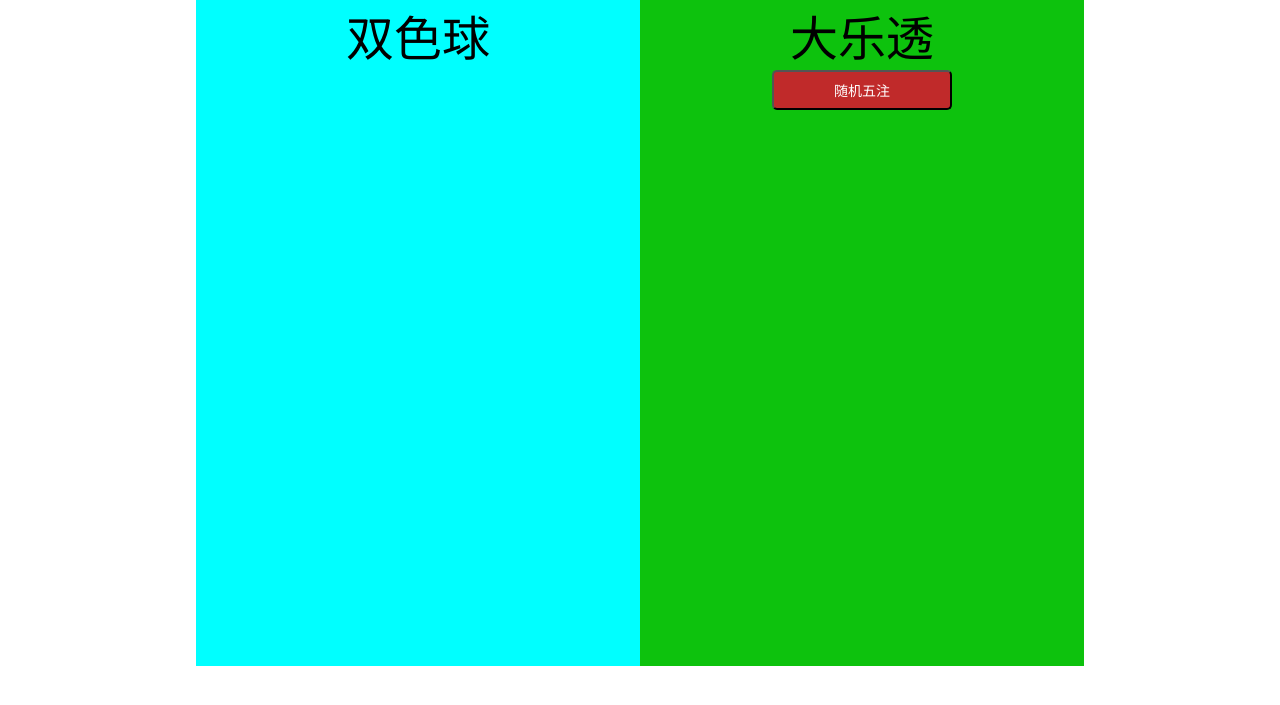
Repository: yz1181214391/caipiao-demo
Page: Cp.html
The author's editor kept a copy of each file at every save. The page is drawn from the files as they stood at one save, then again after the next save.
The browser window is 1280 px wide. The pictures show the whole page.

Above is the page before, as saved 2020-12-14 10:47:00.

### Cp.html
<!DOCTYPE html>
<html lang="en">
<head>
    <meta charset="UTF-8">
    <meta name="viewport" content="width=device-width, initial-scale=1.0">
    <title>彩票</title>
</head>
<style type="text/css">
    html,body {margin: 0;padding: 0;height: 100%;width: 100%;}
    a {text-decoration: none;}
    body,div,dl,dt,dd,ul,ol,li,h1,h2,h3,h4,h5,h6,pre,form,fieldset,input,textarea,p,blockquote,th,td {margin: 0;padding: 0;}
    table {border-collapse: collapse;border-spacing: 0;}
    fieldset,img {border: 0;}
    address,caption,cite,code,dfn,em,strong,th,var {font-style: normal;font-weight: normal;}
    ol,ul {list-style: none;}
    caption,th {text-align: left;}
    h1,h2,h3,h4,h5,h6 {font-size: 100%;font-weight: normal;}
    q:before,q:after {content: '';}
    abbr,acronym {border: 0;}
    body{
        font-family: "Chinese Quote", -apple-system, BlinkMacSystemFont, "Segoe UI", "PingFang SC", "Hiragino Sans GB", "Microsoft YaHei", "Helvetica Neue", Helvetica, Arial, sans-serif, "Apple Color Emoji", "Segoe UI Emoji", "Segoe UI Symbol";
    }

    .box{
        margin: 0 auto;
        width: 888px;
        height: 666px;
        display: flex;
        flex-direction: row;
    }
    .cp-flex{
        display: flex;
        flex-direction: column;
        align-items: center;
    }
    .cp-font{
        font-size: 48px;
        font-family: "Times New Roman", Times, serif;
    }
    .ssq-box{
        width: 100%;
        background-color: aqua;
    }
    .dlt-box{
        width: 100%;
        background-color: rgb(13, 194, 13);
    }

    /* .content {
       padding-top: 100px;  height: 70%;

        text-align: center;
    }
    .context {
        margin: 20px 0;
    } */
    .context span {
        display: inline-block;
        width: 30px;
        height: 30px;
        line-height: 30px;
        font-size: 14px;
        border-radius: 50%;
        color: #fff;
        background: rgba(192, 42, 42, 1);
        margin-right: 15px;
    }
    .context span:nth-child(5) {
        margin-right: 30px;
    }
    .context span:nth-child(7) {
        margin-right: 0;
    }
    .context span:nth-child(6),.context span:nth-child(7) {
        background: rgba(47, 40, 153, 1);
    }
    .button {
        width: 100%;
    }
    .button input {
        width: 180px;
        height: 40px;
        line-height: 40px;
        display: block;
        margin: 0 auto;
        background: rgba(192, 42, 42, 1);
        color: #fff;
        font: normal 400 14px '微软雅黑';
        border-radius: 5px;
        outline: none;
    }
</style>
<body>
    <div class="box">
        <div class="ssq-box cp-flex">
            <h1 class="cp-font">双色球</h1>
        </div>
        <div class="dlt-box cp-flex">
            <h3 class="cp-font">大乐透</h3>
            <div class="content"></div>
            <div class="button">
                <input type="button" value="随机五注" onclick="fiveNumStr()">
            </div>
        </div>
    </div>
</body>
<script>
    // 定义 randomNumber方法, 随机输出数组
    function randomNumber(num) {
      // 定义 strArr方法, 生成数组
      function strArr(num) {
          var numberAarry = []
          for (var i = 0; i < num; i++) {
              numberAarry[i] = i + 1
          }
          return numberAarry
      }
      // 获得数组
      var numberAarry = strArr(num)
      // 将数组元素随机排序
      numberAarry.sort(function () {
          return 0.5 - Math.random()
      })
      // 小于10，前面加0
      for (var i = 0; i < numberAarry.length; i++) {
          if (numberAarry[i] < 10) {
              numberAarry[i] = '0' + numberAarry[i]
          } else {
              numberAarry[i] = String(numberAarry[i])
          }
      }
      return numberAarry
  }

    // 用 fiveIsClick 限制用户频繁点击按钮
    var fiveIsClick = true
  function fiveNumStr() {
      if (fiveIsClick) {
          // 设为false, 不可再次点击
          fiveIsClick = false
          var content = document.getElementsByClassName('content')[0]
          var innerText = content.getElementsByClassName('context')
          var ulNode = content.getElementsByTagName('ul')[0]
          // 先删除已创建的ul及其字节点, 再新增
          // 为什么要删除再添加节点呢, 是因为不增删节点只改变数字虽然渲染更快, 但是区别太小, 失去了动态效果
          // 当然, 如果你不需要删除再添加节点也行, 以下代码稍改动一下就好了
          if (ulNode) {
              content.removeChild(ulNode)
          }
          var ul = document.createElement('ul')
          // 用ul节点长度判断是否存在ul
          var ulLength = content.getElementsByTagName('ul').length
          var index = 0
          // 计时器，每隔0.5秒新增一组
          var interval = setInterval(function() {
              index ++
              if (ulLength < 1) {
                  var li = document.createElement('li')
                  li.setAttribute('class','context')
                  ul.appendChild(li)
                  content.appendChild(ul)
                  // 遍历li节点
                  var context = document.getElementsByClassName('context')[index - 1]
                  // 得到顺序被打乱的前区35个数字数组
                  var randomLeft = randomNumber(35)
                  // 大乐透前区数组
                  var leftNum = [randomLeft[0], randomLeft[1], randomLeft[2], randomLeft[3], randomLeft[4]]
                  // 从小到大排序
                  leftNum.sort(function (a, b) {
                      return a - b
                  })
                  // 得到顺序被打乱的后区12个数字数组
                  var randomRight = randomNumber(12)
                  // 大乐透后区数组
                  var rightNum = [randomRight[0], randomRight[1]]
                  rightNum.sort(function (a, b) {
                      return a - b // 从小到大排序
                  })
                  // 节点模版，用于给每个球添加样式
                  var spanNode = "<span>" + leftNum[0] + "</span>" + "<span>" + leftNum[1] + "</span>" + "<span>" + leftNum[2] + "</span>"
                      + "<span>" + leftNum[3] + "</span>" + "<span>" + leftNum[4] + "</span>" + "<span>" + rightNum[0] + "</span>" + "<span>" + rightNum[1] + "</span>"
                  // 节点已添加，再添加spanNode节点模版
                  context.innerHTML = spanNode
                  // li节点数量达到5个，就停止计时器
                  if (index >= 5) {
                      clearInterval(interval)
                  }
              }
          }, 500)
          // 阻止按钮重复点击，间隔3秒
          setTimeout(function() {
              fiveIsClick = true
          }, 3000)
      }
  }
</script>
</html>

After the next save:
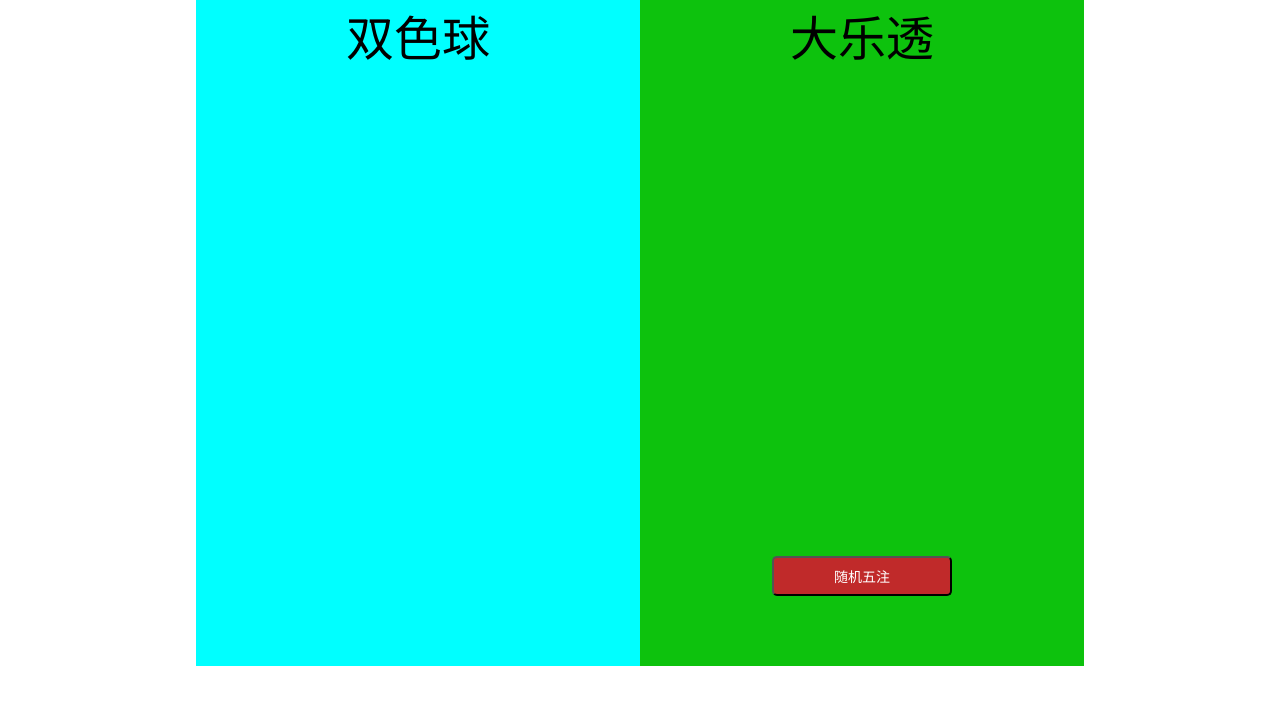
Saved 17 s later.
--- a/Cp.html
+++ b/Cp.html
@@ -46,14 +46,14 @@
         background-color: rgb(13, 194, 13);
     }
 
-    /* .content {
-       padding-top: 100px;  height: 70%;
-
+    .content {
+        height: 70%;
+        padding-top: 20px;
         text-align: center;
     }
     .context {
         margin: 20px 0;
-    } */
+    }
     .context span {
         display: inline-block;
         width: 30px;
